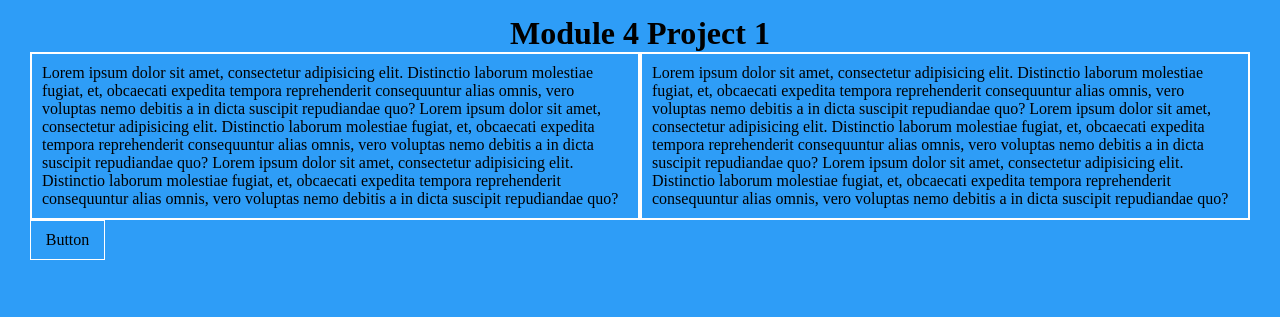
Repository: mlmEFSC21/P6-External-Style-Sheet
Page: index.html
An editor plug-in stored every save of this project. The page is shown before and after the next save, followed by the edit.
The browser window is 1280 px wide. The pictures show the whole page.

Above is the page before, as saved 2022-02-09 20:28:52.

### index.html
<!DOCTYPE html>
<html lang="en">
    <head>
        <meta charset="UTF-8" />
        <meta http-equiv="X-UA-Compatible" content="IE=edge" />
        <meta name="viewport" content="width=device-width, initial-scale=1.0" />
        <link rel="stylesheet" href="Styles.css" />
        <title>External Style Sheets</title>
    </head>
    <header><h1>Module 4 Project 1</h1></header>
    <body>
        <div class="floatContainer">
            <p class="p1">
                Lorem ipsum dolor sit amet, consectetur adipisicing elit. Distinctio laborum
                molestiae fugiat, et, obcaecati expedita tempora reprehenderit consequuntur alias
                omnis, vero voluptas nemo debitis a in dicta suscipit repudiandae quo? Lorem ipsum
                dolor sit amet, consectetur adipisicing elit. Distinctio laborum molestiae fugiat,
                et, obcaecati expedita tempora reprehenderit consequuntur alias omnis, vero voluptas
                nemo debitis a in dicta suscipit repudiandae quo? Lorem ipsum dolor sit amet,
                consectetur adipisicing elit. Distinctio laborum molestiae fugiat, et, obcaecati
                expedita tempora reprehenderit consequuntur alias omnis, vero voluptas nemo debitis
                a in dicta suscipit repudiandae quo?
            </p>

            <p class="p2">
                Lorem ipsum dolor sit amet, consectetur adipisicing elit. Distinctio laborum
                molestiae fugiat, et, obcaecati expedita tempora reprehenderit consequuntur alias
                omnis, vero voluptas nemo debitis a in dicta suscipit repudiandae quo? Lorem ipsum
                dolor sit amet, consectetur adipisicing elit. Distinctio laborum molestiae fugiat,
                et, obcaecati expedita tempora reprehenderit consequuntur alias omnis, vero voluptas
                nemo debitis a in dicta suscipit repudiandae quo? Lorem ipsum dolor sit amet,
                consectetur adipisicing elit. Distinctio laborum molestiae fugiat, et, obcaecati
                expedita tempora reprehenderit consequuntur alias omnis, vero voluptas nemo debitis
                a in dicta suscipit repudiandae quo?
            </p>
        </div>
        <div></div>
        <div class="button">Button</div>
    </body>
</html>

### Styles.css
:root {
    /* --clr-font: black; */
    --clr-background: #2e9df7;
    --clr-button: #ffc907;
}
*,
*::before,
*::after {
    margin: 0;
    padding: 0;
    box-sizing: border-box;
}
header {
    text-align: center;
}
body {
    background-color: var(--clr-background);
    color: black;
    margin: 10px 25px;
    padding: 5px;
}
p {
    padding: 10px;
}
.p1 {
    border: 2.5px solid white;
    float: left;
    width: 50%;
}
.p2 {
    border: 2.5px solid white;
    float: right;
    width: 50%;
}
.button {
    display: block;
    border: 1px solid white;
    padding: 10px;
    width: 75px;
    text-align: center;
    clear: both;
}

After the next save:
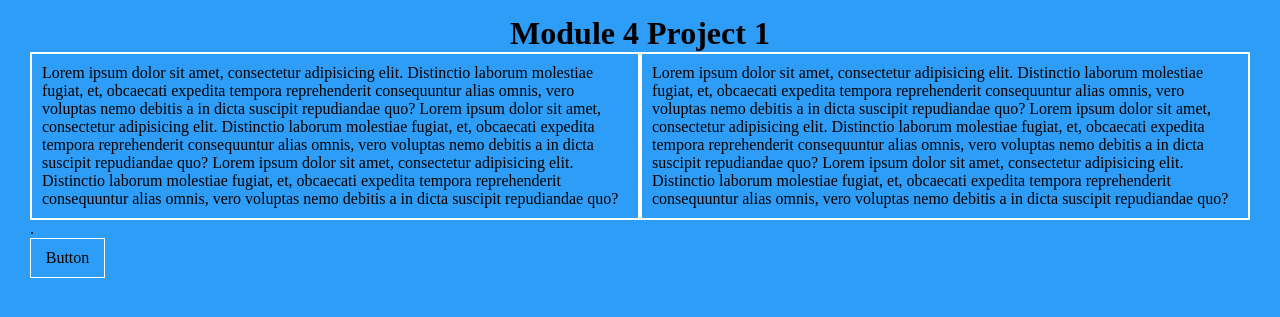
Saved 14 s later.
--- a/index.html
+++ b/index.html
@@ -34,7 +34,7 @@
                 a in dicta suscipit repudiandae quo?
             </p>
         </div>
-        <div></div>
+        <div>.</div>
         <div class="button">Button</div>
     </body>
 </html>

After the save that followed:
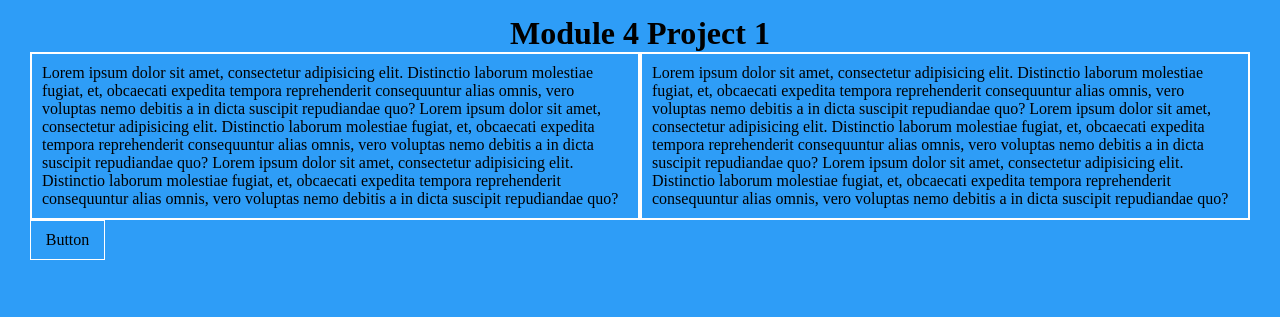
Saved 8 s later.
--- a/index.html
+++ b/index.html
@@ -34,7 +34,6 @@
                 a in dicta suscipit repudiandae quo?
             </p>
         </div>
-        <div>.</div>
         <div class="button">Button</div>
     </body>
 </html>
